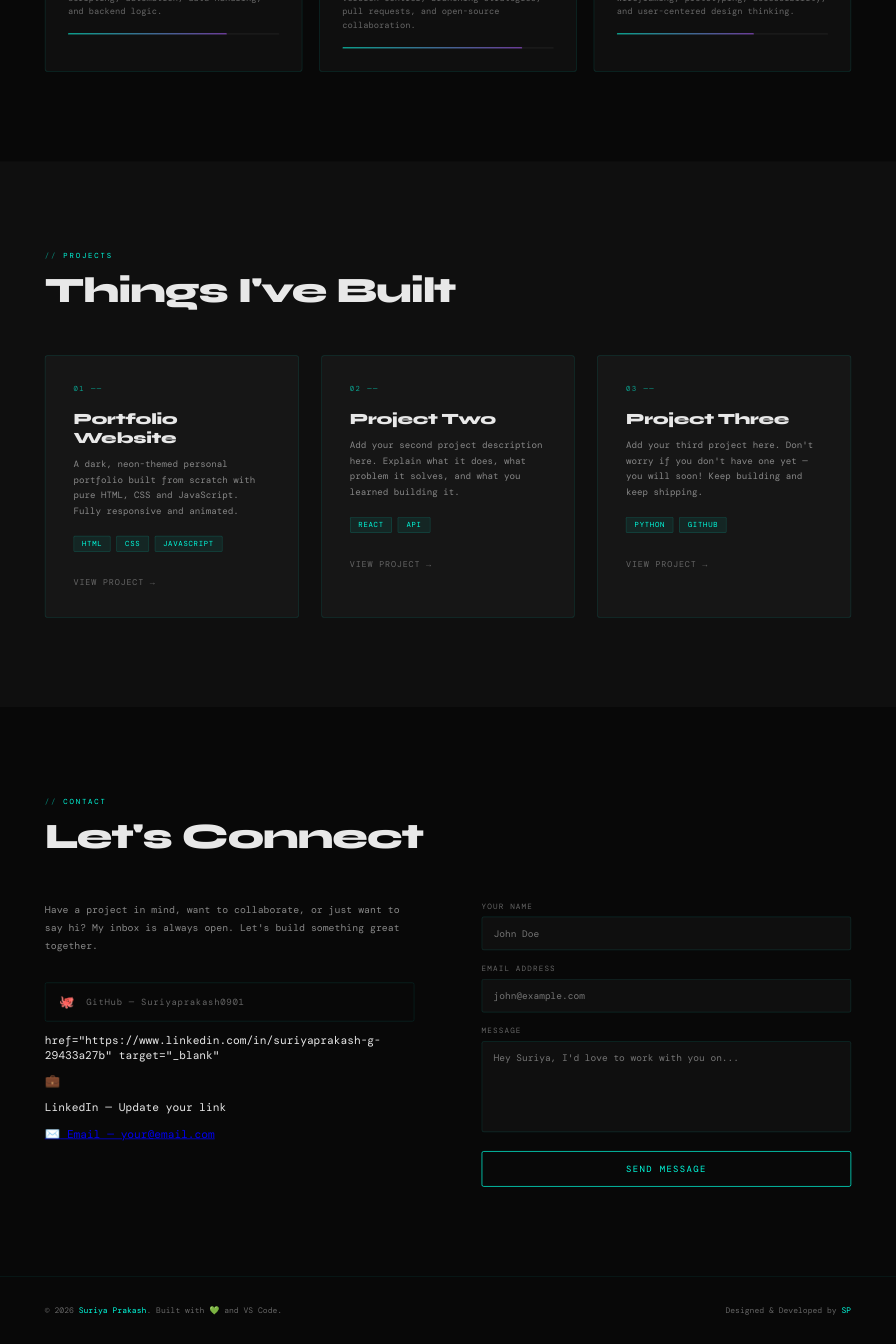
Repository: Suriyaprakash0901/PortoFolio
Page: index.html
An editor plug-in stored every save of this project. The page is shown before and after a run of saves, followed by the edit.
The browser window is 1280 px wide. The pictures show the part of the page from y = 2138 to 4058 px (the page is 4058 px tall), at 70% of full size.
Some web fonts or font styles are not loaded; a fallback is used.

Above is the page before, as saved 2026-03-14 11:27:02.

### index.html
<!DOCTYPE html>
<html lang="en">
<head>
  <meta charset="UTF-8" />
  <meta name="viewport" content="width=device-width, initial-scale=1.0"/>
  <title>Suriya Prakash — Portfolio</title>
  <link href="https://fonts.googleapis.com/css2?family=Syne:wght@400;600;700;800&family=DM+Mono:wght@300;400;500&display=swap" rel="stylesheet"/>
  <style>
    *, *::before, *::after { box-sizing: border-box; margin: 0; padding: 0; }

    :root {
      --bg: #080808;
      --bg2: #0f0f0f;
      --bg3: #141414;
      --neon: #00ffe0;
      --neon2: #ff2d78;
      --neon3: #a855f7;
      --text: #e8e8e8;
      --muted: #666;
      --border: rgba(0,255,224,0.12);
      --card: rgba(255,255,255,0.03);
    }

    html { scroll-behavior: smooth; }

    body {
      background: var(--bg);
      color: var(--text);
      font-family: 'DM Mono', monospace;
      overflow-x: hidden;
      cursor: none;
    }

    /* Custom cursor */
    .cursor {
      width: 12px; height: 12px;
      background: var(--neon);
      border-radius: 50%;
      position: fixed;
      pointer-events: none;
      z-index: 9999;
      transition: transform 0.15s ease, opacity 0.15s;
      mix-blend-mode: screen;
    }
    .cursor-ring {
      width: 36px; height: 36px;
      border: 1px solid rgba(0,255,224,0.4);
      border-radius: 50%;
      position: fixed;
      pointer-events: none;
      z-index: 9998;
      transition: transform 0.35s cubic-bezier(.25,.46,.45,.94);
      mix-blend-mode: screen;
    }

    /* Noise overlay */
    body::before {
      content: '';
      position: fixed;
      inset: 0;
      background-image: url("data:[embedded picture, 306 characters]");
      pointer-events: none;
      z-index: 9000;
      opacity: 0.35;
    }

    /* NAV */
    nav {
      position: fixed; top: 0; left: 0; right: 0;
      z-index: 100;
      padding: 1.5rem 4rem;
      display: flex; justify-content: space-between; align-items: center;
      background: linear-gradient(to bottom, rgba(8,8,8,0.95), transparent);
      backdrop-filter: blur(2px);
    }
    .nav-logo {
      font-family: 'Syne', sans-serif;
      font-weight: 800;
      font-size: 1.2rem;
      color: var(--neon);
      letter-spacing: -0.02em;
      text-decoration: none;
    }
    .nav-links { display: flex; gap: 2.5rem; list-style: none; }
    .nav-links a {
      color: var(--muted);
      text-decoration: none;
      font-size: 0.75rem;
      letter-spacing: 0.12em;
      text-transform: uppercase;
      transition: color 0.2s;
    }
    .nav-links a:hover { color: var(--neon); }

    /* HERO */
    #hero {
      min-height: 100vh;
      display: flex; flex-direction: column; justify-content: center;
      padding: 0 4rem;
      position: relative;
      overflow: hidden;
    }
    .hero-grid {
      position: absolute; inset: 0;
      background-image:
        linear-gradient(rgba(0,255,224,0.03) 1px, transparent 1px),
        linear-gradient(90deg, rgba(0,255,224,0.03) 1px, transparent 1px);
      background-size: 60px 60px;
      mask-image: radial-gradient(ellipse 70% 70% at 50% 50%, black 30%, transparent 100%);
    }
    .hero-glow {
      position: absolute;
      width: 600px; height: 600px;
      background: radial-gradient(circle, rgba(0,255,224,0.06) 0%, transparent 70%);
      top: 50%; left: 30%; transform: translate(-50%,-50%);
      pointer-events: none;
    }
    .hero-tag {
      font-size: 0.72rem;
      letter-spacing: 0.2em;
      text-transform: uppercase;
      color: var(--neon);
      margin-bottom: 1.5rem;
      opacity: 0;
      animation: fadeUp 0.8s 0.2s forwards;
    }
    .hero-tag::before { content: '[ '; }
    .hero-tag::after { content: ' ]'; }
    h1.hero-name {
      font-family: 'Syne', sans-serif;
      font-size: clamp(3.5rem, 8vw, 7rem);
      font-weight: 800;
      line-height: 1;
      letter-spacing: -0.04em;
      opacity: 0;
      animation: fadeUp 0.8s 0.4s forwards;
    }
    h1.hero-name .accent { color: var(--neon); }
    .hero-role {
      margin-top: 1.5rem;
      font-size: clamp(1rem, 2vw, 1.3rem);
      color: var(--muted);
      max-width: 500px;
      line-height: 1.7;
      opacity: 0;
      animation: fadeUp 0.8s 0.6s forwards;
    }
    .hero-cta {
      margin-top: 3rem;
      display: flex; gap: 1rem; flex-wrap: wrap;
      opacity: 0;
      animation: fadeUp 0.8s 0.8s forwards;
    }
    .btn {
      padding: 0.8rem 2rem;
      border-radius: 2px;
      font-family: 'DM Mono', monospace;
      font-size: 0.8rem;
      letter-spacing: 0.1em;
      text-transform: uppercase;
      text-decoration: none;
      cursor: none;
      transition: all 0.2s;
    }
    .btn-primary {
      background: var(--neon);
      color: #000;
      font-weight: 500;
    }
    .btn-primary:hover { background: #fff; box-shadow: 0 0 30px rgba(0,255,224,0.4); }
    .btn-outline {
      border: 1px solid var(--border);
      color: var(--text);
    }
    .btn-outline:hover { border-color: var(--neon); color: var(--neon); }

    .scroll-hint {
      position: absolute; bottom: 2rem; left: 4rem;
      font-size: 0.65rem; color: var(--muted);
      letter-spacing: 0.15em; text-transform: uppercase;
      display: flex; align-items: center; gap: 0.8rem;
      opacity: 0; animation: fadeUp 1s 1.2s forwards;
    }
    .scroll-line {
      width: 40px; height: 1px;
      background: linear-gradient(to right, var(--neon), transparent);
      animation: pulse 2s infinite;
    }

    /* SECTIONS */
    section { padding: 8rem 4rem; }
    .section-label {
      font-size: 0.65rem;
      letter-spacing: 0.25em;
      text-transform: uppercase;
      color: var(--neon);
      margin-bottom: 1rem;
    }
    .section-label::before { content: '// '; opacity: 0.5; }
    h2.section-title {
      font-family: 'Syne', sans-serif;
      font-size: clamp(2rem, 4vw, 3.2rem);
      font-weight: 800;
      letter-spacing: -0.03em;
      margin-bottom: 4rem;
      line-height: 1.1;
    }

    /* ABOUT */
    #about { background: var(--bg2); }
    .about-grid {
      display: grid;
      grid-template-columns: 1fr 1fr;
      gap: 6rem;
      align-items: center;
    }
    .about-text p {
      color: #aaa;
      line-height: 1.9;
      font-size: 0.9rem;
      margin-bottom: 1.2rem;
    }
    .about-text p span { color: var(--neon); }
    .about-stats {
      display: grid;
      grid-template-columns: 1fr 1fr;
      gap: 1.5rem;
    }
    .stat-card {
      background: var(--card);
      border: 1px solid var(--border);
      padding: 1.8rem;
      border-radius: 4px;
      transition: border-color 0.3s, transform 0.3s;
    }
    .stat-card:hover { border-color: var(--neon); transform: translateY(-3px); }
    .stat-num {
      font-family: 'Syne', sans-serif;
      font-size: 2.5rem;
      font-weight: 800;
      color: var(--neon);
      line-height: 1;
    }
    .stat-label { font-size: 0.72rem; color: var(--muted); margin-top: 0.4rem; letter-spacing: 0.1em; }

    /* SKILLS */
    #skills { background: var(--bg); }
    .skills-grid {
      display: grid;
      grid-template-columns: repeat(auto-fill, minmax(280px, 1fr));
      gap: 1.5rem;
    }
    .skill-card {
      background: var(--card);
      border: 1px solid var(--border);
      border-radius: 4px;
      padding: 2rem;
      transition: all 0.3s;
      position: relative;
      overflow: hidden;
    }
    .skill-card::before {
      content: '';
      position: absolute;
      top: 0; left: 0; right: 0;
      height: 2px;
      background: linear-gradient(to right, var(--neon), var(--neon3));
      transform: scaleX(0);
      transform-origin: left;
      transition: transform 0.4s;
    }
    .skill-card:hover::before { transform: scaleX(1); }
    .skill-card:hover { border-color: rgba(0,255,224,0.3); transform: translateY(-4px); }
    .skill-icon { font-size: 2rem; margin-bottom: 1rem; }
    .skill-name {
      font-family: 'Syne', sans-serif;
      font-size: 1.1rem;
      font-weight: 700;
      margin-bottom: 0.5rem;
    }
    .skill-desc { font-size: 0.78rem; color: var(--muted); line-height: 1.6; }
    .skill-bar {
      margin-top: 1.2rem;
      height: 2px;
      background: rgba(255,255,255,0.06);
      border-radius: 2px;
      overflow: hidden;
    }
    .skill-fill {
      height: 100%;
      background: linear-gradient(to right, var(--neon), var(--neon3));
      border-radius: 2px;
      transition: width 1.5s cubic-bezier(.25,.46,.45,.94);
      width: 0;
    }

    /* PROJECTS */
    #projects { background: var(--bg2); }
    .projects-grid {
      display: grid;
      grid-template-columns: repeat(auto-fill, minmax(340px, 1fr));
      gap: 2rem;
    }
    .project-card {
      background: var(--card);
      border: 1px solid var(--border);
      border-radius: 4px;
      padding: 2.5rem;
      transition: all 0.3s;
      position: relative;
      overflow: hidden;
    }
    .project-card:hover {
      border-color: rgba(0,255,224,0.4);
      transform: translateY(-6px);
      box-shadow: 0 20px 60px rgba(0,0,0,0.5), 0 0 30px rgba(0,255,224,0.05);
    }
    .project-num {
      font-size: 0.65rem;
      color: var(--neon);
      letter-spacing: 0.2em;
      margin-bottom: 1.5rem;
      opacity: 0.6;
    }
    .project-title {
      font-family: 'Syne', sans-serif;
      font-size: 1.4rem;
      font-weight: 800;
      margin-bottom: 0.8rem;
      letter-spacing: -0.02em;
    }
    .project-desc { font-size: 0.82rem; color: #888; line-height: 1.7; margin-bottom: 1.5rem; }
    .project-tags { display: flex; gap: 0.5rem; flex-wrap: wrap; margin-bottom: 2rem; }
    .tag {
      padding: 0.25rem 0.7rem;
      background: rgba(0,255,224,0.07);
      border: 1px solid rgba(0,255,224,0.15);
      border-radius: 2px;
      font-size: 0.65rem;
      color: var(--neon);
      letter-spacing: 0.1em;
      text-transform: uppercase;
    }
    .project-link {
      font-size: 0.75rem;
      color: var(--muted);
      text-decoration: none;
      letter-spacing: 0.1em;
      text-transform: uppercase;
      transition: color 0.2s;
      display: inline-flex; align-items: center; gap: 0.5rem;
    }
    .project-link:hover { color: var(--neon); }
    .project-link::after { content: '→'; transition: transform 0.2s; }
    .project-link:hover::after { transform: translateX(4px); }

    /* CONTACT */
    #contact { background: var(--bg); }
    .contact-wrapper {
      display: grid;
      grid-template-columns: 1fr 1fr;
      gap: 6rem;
      align-items: start;
    }
    .contact-info p { color: #888; font-size: 0.88rem; line-height: 1.8; margin-bottom: 2.5rem; }
    .social-links { display: flex; flex-direction: column; gap: 1rem; }
    .social-link {
      display: flex; align-items: center; gap: 1rem;
      text-decoration: none;
      color: var(--muted);
      font-size: 0.8rem;
      letter-spacing: 0.08em;
      padding: 1rem 1.2rem;
      border: 1px solid var(--border);
      border-radius: 3px;
      transition: all 0.25s;
    }
    .social-link:hover { color: var(--neon); border-color: var(--neon); background: rgba(0,255,224,0.04); }
    .social-icon { font-size: 1.1rem; }

    /* FORM */
    .contact-form { display: flex; flex-direction: column; gap: 1.2rem; }
    .form-group { display: flex; flex-direction: column; gap: 0.5rem; }
    label { font-size: 0.68rem; color: var(--muted); letter-spacing: 0.15em; text-transform: uppercase; }
    input, textarea {
      background: var(--card);
      border: 1px solid var(--border);
      border-radius: 3px;
      padding: 0.9rem 1rem;
      color: var(--text);
      font-family: 'DM Mono', monospace;
      font-size: 0.85rem;
      outline: none;
      transition: border-color 0.2s;
      resize: none;
    }
    input:focus, textarea:focus { border-color: var(--neon); }
    textarea { height: 130px; }
    .btn-submit {
      padding: 1rem 2rem;
      background: transparent;
      border: 1px solid var(--neon);
      color: var(--neon);
      font-family: 'DM Mono', monospace;
      font-size: 0.8rem;
      letter-spacing: 0.15em;
      text-transform: uppercase;
      cursor: none;
      border-radius: 3px;
      transition: all 0.25s;
      margin-top: 0.5rem;
    }
    .btn-submit:hover { background: var(--neon); color: #000; box-shadow: 0 0 30px rgba(0,255,224,0.3); }
    .form-success {
      display: none;
      color: var(--neon);
      font-size: 0.8rem;
      padding: 1rem;
      border: 1px solid rgba(0,255,224,0.3);
      border-radius: 3px;
      text-align: center;
    }

    /* FOOTER */
    footer {
      padding: 2.5rem 4rem;
      border-top: 1px solid var(--border);
      display: flex; justify-content: space-between; align-items: center;
      background: var(--bg);
    }
    footer p { font-size: 0.72rem; color: var(--muted); }
    footer span { color: var(--neon); }

    /* ANIMATIONS */
    @keyframes fadeUp {
      from { opacity: 0; transform: translateY(20px); }
      to { opacity: 1; transform: translateY(0); }
    }
    @keyframes pulse {
      0%, 100% { opacity: 0.4; }
      50% { opacity: 1; }
    }
    .reveal {
      opacity: 0;
      transform: translateY(30px);
      transition: opacity 0.7s ease, transform 0.7s ease;
    }
    .reveal.visible { opacity: 1; transform: translateY(0); }

    @media (max-width: 768px) {
      nav { padding: 1.2rem 1.5rem; }
      .nav-links { display: none; }
      #hero, section { padding: 6rem 1.5rem; }
      .about-grid, .contact-wrapper { grid-template-columns: 1fr; gap: 3rem; }
      footer { flex-direction: column; gap: 0.5rem; text-align: center; padding: 2rem 1.5rem; }
    }
  </style>
</head>
<body>

  <div class="cursor" id="cursor"></div>
  <div class="cursor-ring" id="cursorRing"></div>

  <!-- NAV -->
  <nav>
    <a href="#hero" class="nav-logo">SP.</a>
    <ul class="nav-links">
      <li><a href="#about">About</a></li>
      <li><a href="#skills">Skills</a></li>
      <li><a href="#projects">Projects</a></li>
      <li><a href="#contact">Contact</a></li>
    </ul>
  </nav>
">Contact</a></li>
    <li><a href="about.html" style="color: var(--neon);">About Me ↗</a></li>
  </ul>
</nav>

  <!-- HERO -->
  <section id="hero">
    <div class="hero-grid"></div  <nav>
    <a href="#hero" class="nav-logo">SP.</a>
    <ul class="nav-links">
      <li><a href="#about">About</a></li>
      <li><a href="#skills">Skills</a></li>
      <li><a href="#projects">Projects</a></li>
      <li><a href="#contact">Contact</a></li>
    </ul>
  </nav>
n btn-outline">Get In Touch</a>
    </div>
    <div class="scroll-hint">
      <span class="scroll-line"></span>
      Scroll to explore
    </div>
  </section>

  <!-- ABOUT -->
  <section id="about">
    <div class="reveal">
      <p class="section-label">About Me</p>
      <h2 class="section-title">Who I Am</h2>
    </div>
    <div class="about-grid reveal">
      <div class="about-text">
        <p>Hey! I'm <span>Suriya Prakash</span>, a passionate developer based in India. I love building things for the web — from sleek frontends to robust backends.</p>
        <p>I believe great software is born at the intersection of <span>clean code</span> and <span>thoughtful design</span>. Every project I work on, I aim to make it fast, accessible, and memorable.</p>
        <p>When I'm not coding, I'm exploring new technologies, contributing to open source, or leveling up my problem-solving skills.</p>
      </div>
      <div class="about-stats">
        <div class="stat-card">
          <div class="stat-num">5+</div>
          <div class="stat-label">Projects Built</div>
        </div>
        <div class="stat-card">
<div class="stat-num">10+</div>
          <div class="stat-label">Technologies</div>
        </div>
        <div class="stat-card">
          <div class="stat-num">∞</div>
          <div class="stat-label">Curiosity</div>
        </div>
        <div class="stat-card">
          <div class="stat-num">1</div>
          <div class="stat-label">GitHub Profile</div>
        </div>
      </div>
    </div>
  </section>

  <!-- SKILLS -->
  <section id="skills">
    <div class="reveal">
      <p class="section-label">Skills</p>
      <h2 class="section-title">What I Work With</h2>
    </div>
    <div class="skills-grid reveal" id="skillsGrid">
      <div class="skill-card">
        <div class="skill-icon">🌐</div>
        <div class="skill-name">HTML & CSS</div>
        <div class="skill-desc">Semantic markup, responsive layouts, animations, and modern CSS techniques.</div>
        <div class="skill-bar"><div class="skill-fill" data-width="90"></div></div>
      </div>
      <div class="skill-card">
        <div class="skill-icon">⚡</div>
        <div class="skill-name">JavaScript</div>
        <div class="skill-desc">DOM manipulation, async programming, APIs, and modern ES6+ features.</div>
        <div class="skill-bar"><div class="skill-fill" data-width="80"></div></div>
      </div>
      <div class="skill-card">
        <div class="skill-icon">⚛️</div>
        <div class="skill-name">React</div>
        <div class="skill-desc">Component-driven UIs, hooks, state management, and performance optimization.</div>
        <div class="skill-bar"><div class="skill-fill" data-width="70"></div></div>
      </div>
      <div class="skill-card">
        <div class="skill-icon">🐍</div>
        <div class="skill-name">Python</div>
        <div class="skill-desc">Scripting, automation, data handling, and backend logic.</div>
        <div class="skill-bar"><div class="skill-fill" data-width="75"></div></div>
      </div>
      <div class="skill-card">
        <div class="skill-icon">🗃️</div>
        <div class="skill-name">Git & GitHub</div>
        <div class="skill-desc">Version control, branching strategies, pull requests, and open-source collaboration.</div>
        <div class="skill-bar"><div class="skill-fill" data-width="85"></div></div>
      </div>
      <div class="skill-card">
        <div class="skill-icon">🎨</div>
        <div class="skill-name">UI/UX Design</div>
        <div class="skill-desc">Wireframing, prototyping, accessibility, and user-centered design thinking.</div>
        <div class="skill-bar"><div class="skill-fill" data-width="65"></div></div>
      </div>
    </div>
  </section>

  <!-- PROJECTS -->
  <section id="projects">
    <div class="reveal">
      <p class="section-label">Projects</p>
      <h2 class="section-title">Things I've Built</h2>
    </div>
    <div class="projects-grid reveal">
      <div class="project-card">
        <div class="project-num">01 ——</div>
        <div class="project-title">Portfolio Website</div>
        <div class="project-desc">A dark, neon-themed personal portfolio built from scratch with pure HTML, CSS and JavaScript. Fully responsive and animated.</div>
        <div class="project-tags">
          <span class="tag">HTML</span>
          <span class="tag">CSS</span>
          <span class="tag">JavaScript</span>
        </div>
        <a href="#" class="project-link">View Project</a>
      </div>
      <div class="project-card">
        <div class="project-num">02 ——</div>
        <div class="project-title">Project Two</div>
        <div class="project-desc">Add your second project description here. Explain what it does, what problem it solves, and what you learned building it.</div>
        <div class="project-tags">
          <span class="tag">React</span>
          <span class="tag">API</span>
        </div>
        <a href="#" class="project-link">View Project</a>
      </div>
      <div class="project-card">
        <div class="project-num">03 ——</div>
        <div class="project-title">Project Three</div>
        <div class="project-desc">Add your third project here. Don't worry if you don't have one yet — you will soon! Keep building and keep shipping.</div>
        <div class="project-tags">
          <span class="tag">Python</span>
          <span class="tag">GitHub</span>
        </div>
        <a href="#" class="project-link">View Project</a>
      </div>
    </div>
  </section>

  <!-- CONTACT -->
  <section id="contact">
    <div class="reveal">
      <p class="section-label">Contact</p>
      <h2 class="section-title">Let's Connect</h2>
    </div>
    <div class="contact-wrapper reveal">
      <div class="contact-info">
        <p>Have a project in mind, want to collaborate, or just want to say hi? My inbox is always open. Let's build something great together.</p>
        <div class="social-links">
          <a href="https://github.com/Suriyaprakash0901" target="_blank" class="social-link">
            <span class="social-icon">🐙</span> GitHub — Suriyaprakash0901
          </a>
href="https://www.linkedin.com/in/suriyaprakash-g-29433a27b" target="_blank"
            <span class="social-icon">💼</span> LinkedIn — Update your link
          </a>
          <a href="mailto:your@emyour@email.com="social-link">
            <span class="social-icon">✉️</span> Email — your@email.com
          </a>
        </div>
      </div>
      <form class="contact-form" id="contactForm">
        <div class="form-group">
          <label>Your Name</label>
          <input type="text" placeholder="John Doe" required />
        </div>
        <div class="form-group">
          <label>Email Address</label>
          <input type="email" placeholder="john@example.com" required />
        </div>
        <div class="form-group">
          <label>Message</label>
          <textarea placeholder="Hey Suriya, I'd love to work with you on..."></textarea>
        </div>
        <button type="button" class="btn-submit" onclick="submitForm()">Send Message</button>
        <div class="form-success" id="formSuccess">✓ Message sent! I'll get back to you soon.</div>
      </form>
    </div>
  </section>

  <!-- FOOTER -->
  <footer>
    <p>© 2026 <span>Suriya Prakash</span>. Built with 💚 and VS Code.</p>
    <p>Designed & Developed by <span>SP</span></p>
  </footer>

  <script>
    // Custom cursor
    const cursor = document.getElementById('cursor');
    const ring = document.getElementById('cursorRing');
    let mx = 0, my = 0, rx = 0, ry = 0;
    document.addEventListener('mousemove', e => {
      mx = e.clientX; my = e.clientY;
      cursor.style.left = mx - 6 + 'px';
      cursor.style.top = my - 6 + 'px';
    });
    function animRing() {
      rx += (mx - rx) * 0.12;
      ry += (my - ry) * 0.12;
      ring.style.left = rx - 18 + 'px';
      ring.style.top = ry - 18 + 'px';
      requestAnimationFrame(animRing);
    }
    animRing();
    document.querySelectorAll('a, button, .skill-card, .project-card, .stat-card').forEach(el => {
      el.addEventListener('mouseenter', () => cursor.style.transform = 'scale(2.5)');
      el.addEventListener('mouseleave', () => cursor.style.transform = 'scale(1)');
    });

    // Scroll reveal
    const observer = new IntersectionObserver(entries => {
      entries.forEach(e => {
        if (e.isIntersecting) {
          e.target.classList.add('visible');
          // Animate skill bars
          e.target.querySelectorAll('.skill-fill').forEach(bar => {
            bar.style.width = bar.dataset.width + '%';
          });
        }
      });
    }, { threshold: 0.1 });
    document.querySelectorAll('.reveal').forEach(el => observer.observe(el));

    // Form submit
    function submitForm() {
      document.getElementById('formSuccess').style.display = 'block';
      document.getElementById('contactForm').querySelectorAll('input, textarea').forEach(el => el.value = '');
    }
  </script>
</body>
</html>

After the next 2 saves:
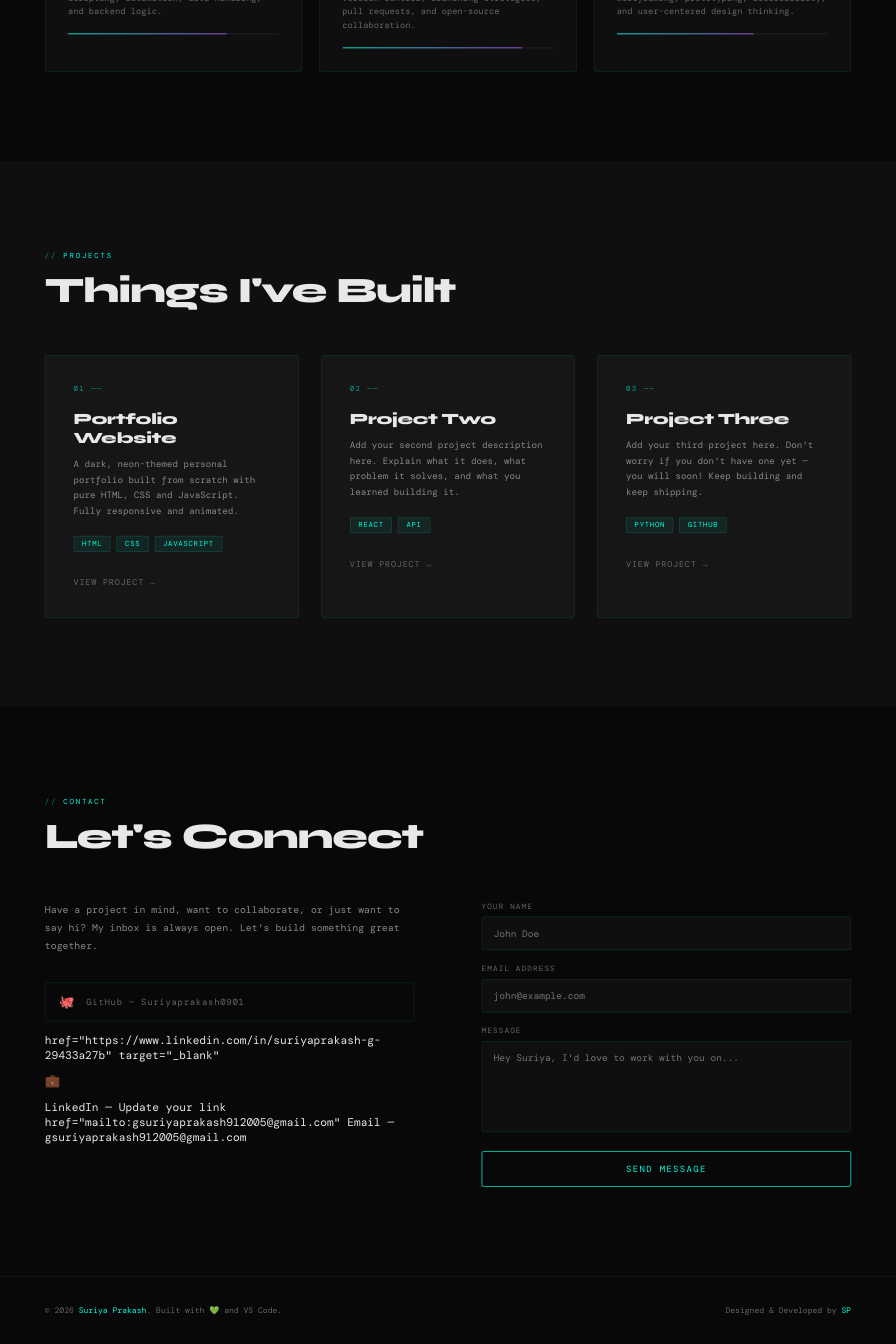
The 2 saves are shown as one change because they came seconds apart.
The last was saved 19 s later.
--- a/index.html
+++ b/index.html
@@ -631,8 +631,8 @@ n btn-outline">Get In Touch</a>
 href="https://www.linkedin.com/in/suriyaprakash-g-29433a27b" target="_blank"
             <span class="social-icon">💼</span> LinkedIn — Update your link
           </a>
-          <a href="mailto:your@emyour@email.com="social-link">
-            <span class="social-icon">✉️</span> Email — your@email.com
+href="mailto:gsuriyaprakash912005@gmail.com"
+Email — gsuriyaprakash912005@gmail.com
           </a>
         </div>
       </div>
